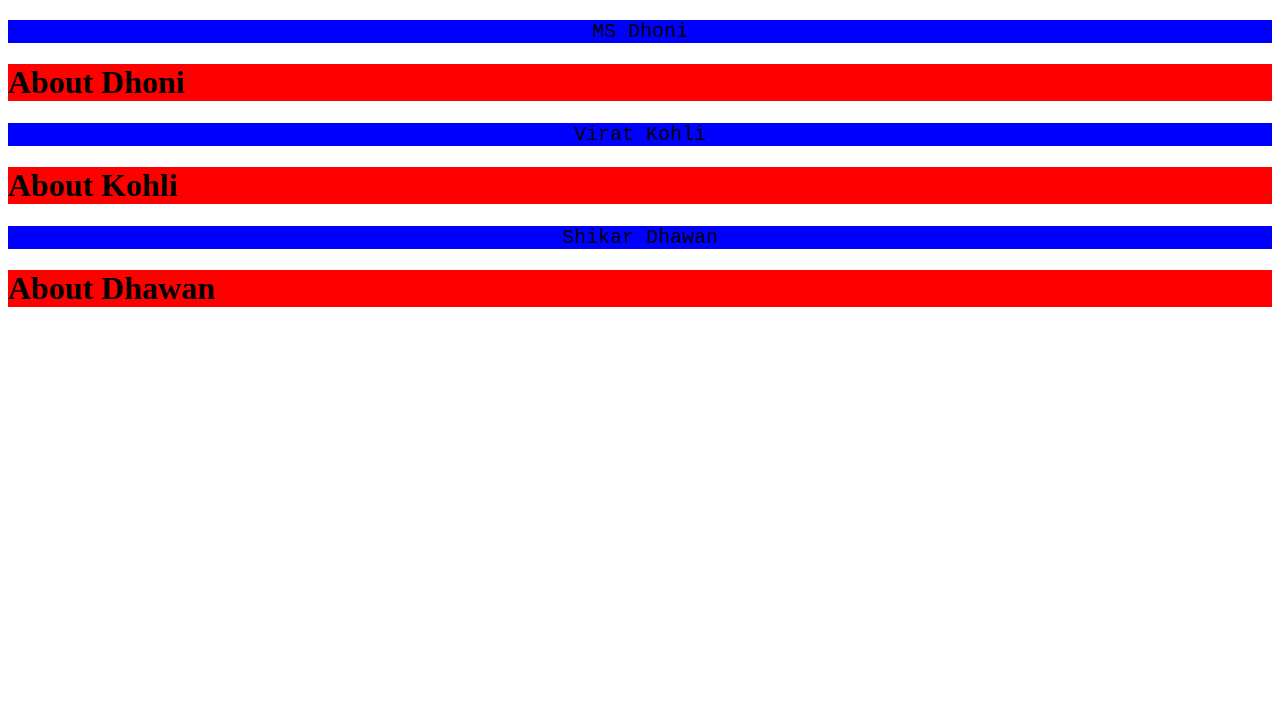
Repository: abhishek110597/Deloitte
Page: Workspace/JavaTraining/players.html
These files come from the project's save history. The page is drawn as it stood at one moment and after the next save; the edit follows.
The browser window is 1280 px wide. The pictures show the whole page.

Above is the page before, as saved 2019-12-31 04:08:31.

After the next save:
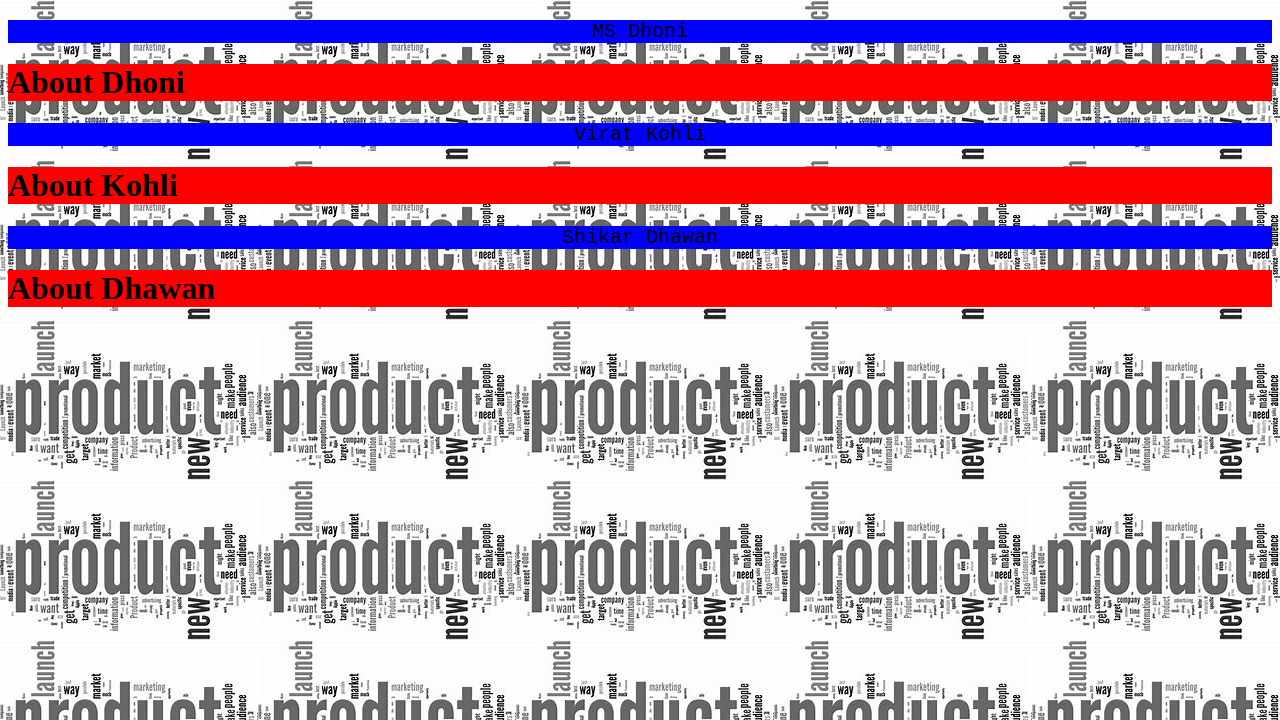
Saved 15 s later.
--- a/Workspace/JavaTraining/players.html
+++ b/Workspace/JavaTraining/players.html
@@ -14,7 +14,7 @@
 }
 
 body{
-background-image : url(""product.jpg")
+background-image : url("product.jpg")
 }
 
 </style>

After the save that followed:
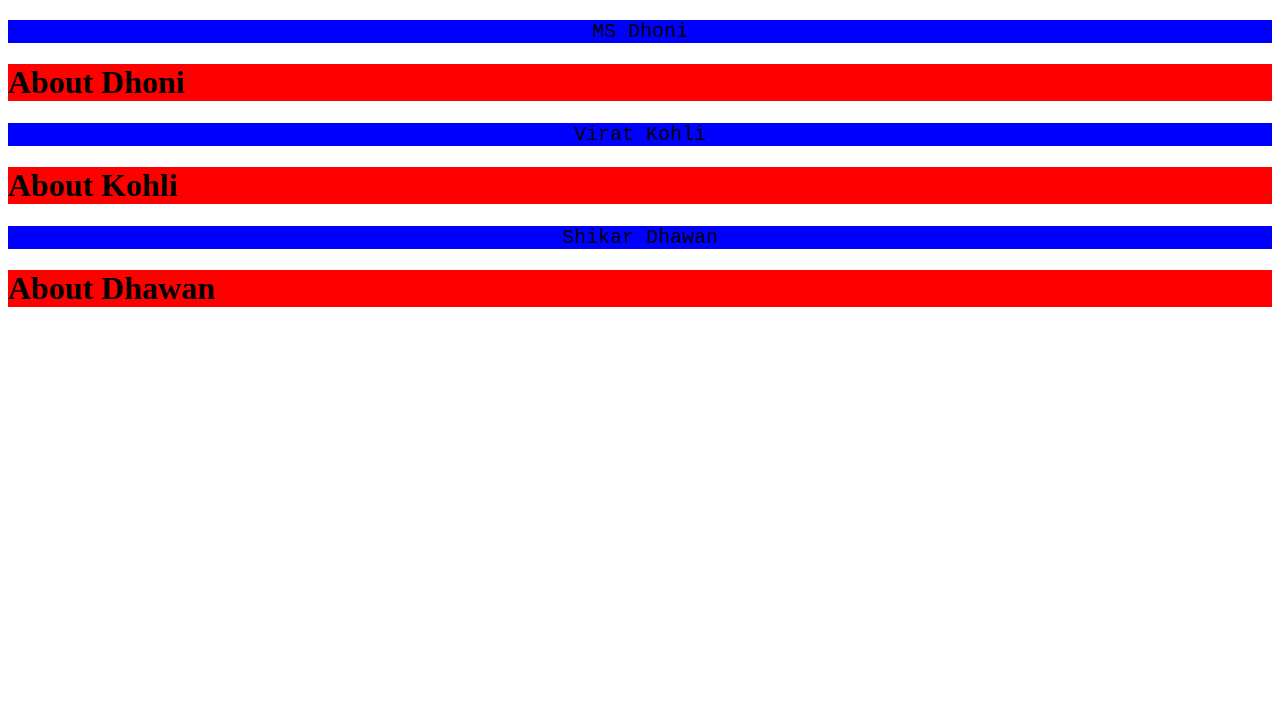
Saved 13 s later.
--- a/Workspace/JavaTraining/players.html
+++ b/Workspace/JavaTraining/players.html
@@ -14,7 +14,7 @@
 }
 
 body{
-background-image : url("product.jpg")
+background-image : url("product.jpg") no-repeat
 }
 
 </style>
